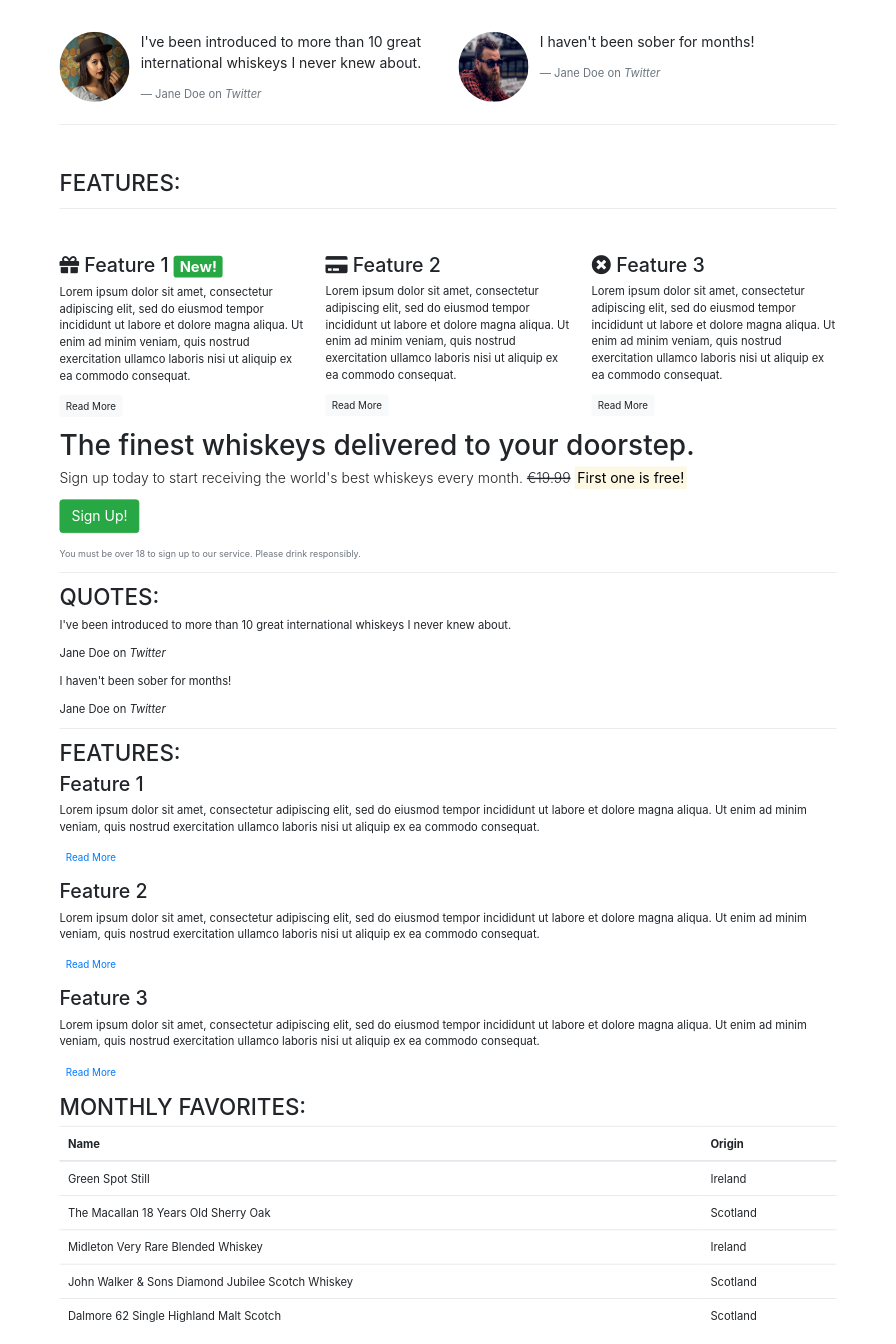
Repository: grisselfaura/BootstrappingYourNextBigIdea-BS4
Page: index.html
The author's editor kept a record of every edit. The page is drawn from the files as they stood at one moment, then again after the next edit.
The browser window is 1280 px wide. The pictures show the part of the page from y = 658 to 2578 px (the page is 2578 px tall before and 2221 px after), at 70% of full size.
Some web libraries are served in a nearby version.

Above is the page before.

After the next edit:
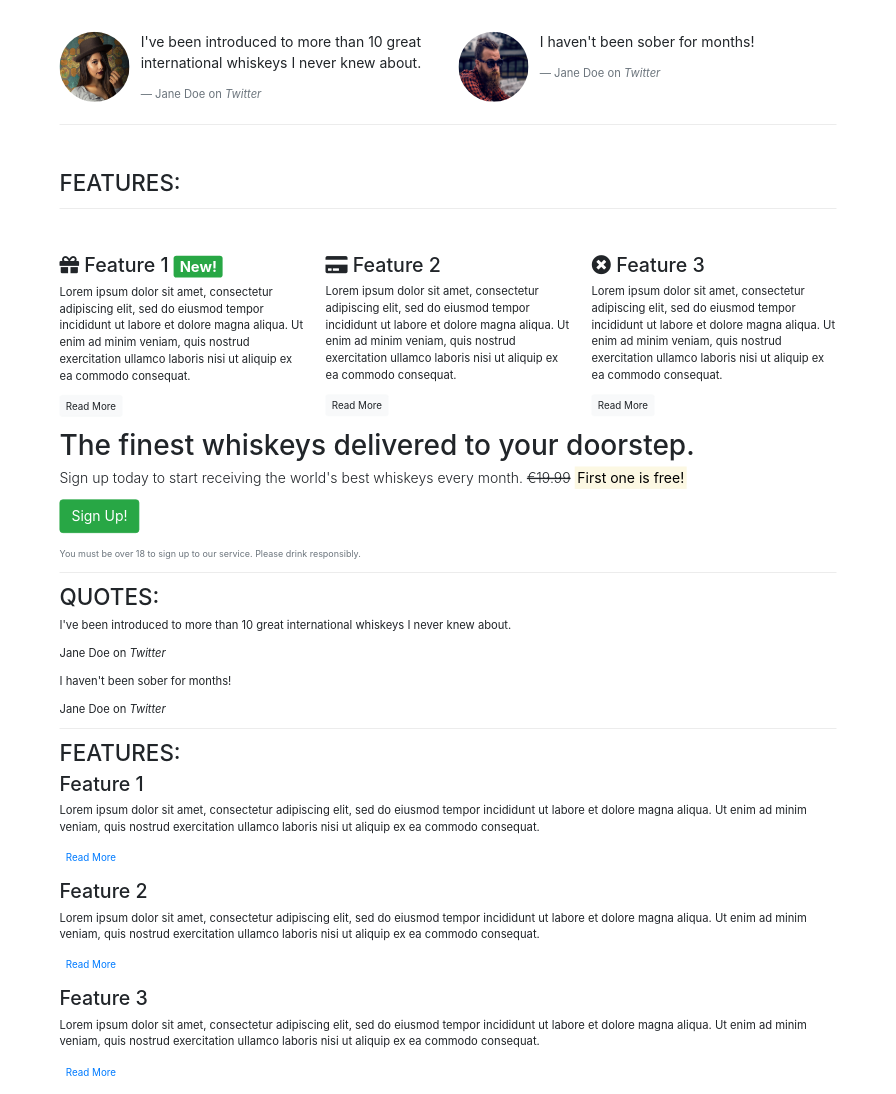
The edit:
--- a/index.html
+++ b/index.html
@@ -227,39 +227,7 @@
             </div>
         </section>
         <!-- /.features -->
-         <section class="Monthly favorites">
-             <h2 class="text-uppercase">Monthly favorites:</h2>
-             <table class="table">
-          <thead>
-            <tr>
-              <th scope="col">Name</th>
-              <th scope="col">Origin</th>
-            </tr>
-          </thead>
-          <tbody>
-            <tr>
-              <td>Green Spot Still</td>
-              <td>Ireland</td>
-            </tr>
-            <tr>
-              <td>The Macallan 18 Years Old Sherry Oak</td>
-              <td>Scotland</td>
-            </tr>
-            <tr>
-              <td>Midleton Very Rare Blended Whiskey</td>
-              <td>Ireland</td>
-             </tr>
-            <tr>
-              <td>John Walker & Sons Diamond Jubilee Scotch Whiskey</td>
-              <td>Scotland</td>
-             </tr>
-              <tr>
-              <td>Dalmore 62 Single Highland Malt Scotch</td>
-              <td>Scotland</td>
-             </tr>
-          </tbody>
-        </table>
-         </section>
+
     </article>
 </body>
 
